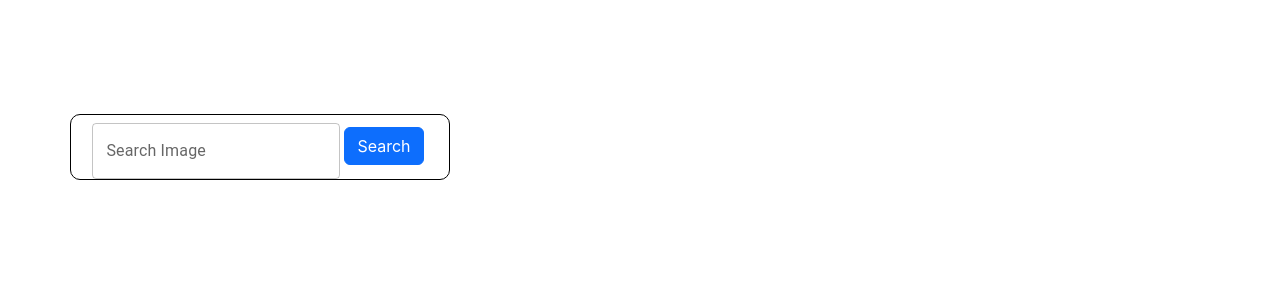
Repository: mohit78911/Snapshot
Page: /
These files come from the project's save history. The page is drawn as it stood at one moment and after a run of saves; the edit follows.
The browser window is 1280 px wide. The pictures show the whole page.
The project was rebuilt for these pictures with package versions that can differ from the ones it lists, and the page was loaded fresh each time. Also part of the build but not shown: src/snapshot/SearchBox.css.

Above is the page before, as saved 2023-09-01 10:48:16.

### public/index.html
<!DOCTYPE html>
<html lang="en">
  <head>
    <meta charset="utf-8" />
    <link rel="icon" href="%PUBLIC_URL%/favicon.ico" />
    <link href="https://cdn.jsdelivr.net/npm/bootstrap@5.3.1/dist/css/bootstrap.min.css" rel="stylesheet" integrity="sha384-4bw+/aepP/YC94hEpVNVgiZdgIC5+VKNBQNGCHeKRQN+PtmoHDEXuppvnDJzQIu9" crossorigin="anonymous">
    <meta name="viewport" content="width=device-width, initial-scale=1" />
    <meta name="theme-color" content="#000000" />
    <meta
      name="description"
      content="Web site created using create-react-app"
    />
    <link rel="apple-touch-icon" href="%PUBLIC_URL%/logo192.png" />

    <link rel="manifest" href="%PUBLIC_URL%/manifest.json" />

    <title>React App</title>
  </head>
  <body style="text-align: center;">
    <noscript>You need to enable JavaScript to run this app.</noscript>
    <div id="root"></div>
    <script src="https://cdn.jsdelivr.net/npm/bootstrap@5.3.1/dist/js/bootstrap.bundle.min.js" integrity="sha384-HwwvtgBNo3bZJJLYd8oVXjrBZt8cqVSpeBNS5n7C8IVInixGAoxmnlMuBnhbgrkm" crossorigin="anonymous"></script>
  </body>
</html>

### src/App.js
import { Box } from "@mui/material";
import React from "react";
import SnapShot from "./snapshot/SnapShot";
console.log("hey i am snapshot Component")
export default function App() {
  return (
    <Box>
      <SnapShot />
    </Box>
  );
}

### src/snapshot/SnapShot.js
import React, { useEffect, useState } from "react";
import axios from "axios";
import "../App.css";

import SnapshotTable from "./SnapshotTable";
import SearchBox from "./SearchBox";

export default function SnapShot() {
  const [image, setImage] = useState("");
  const [data, setData] = useState([]);
  const getData = (e) => {
    e.preventDefault();
    axios
      .get(
        `https://api.unsplash.com/search/collections?page=1&query=${image}&client_id=-DzO7DyFZFBUXuUjR2Tb8dbbi8Qcg40oNw2kVfqoREI`
      )
      .then((result) => {
        setData(result.data.results[0].preview_photos);
        // console.log(result.data.results[0].preview_photos);
      })
      .catch((error) => console.log(error));
  };

  // useEffect(() => {
  //   getData();
  // }, []);

  console.log(data);
  return (
    <div class="container">
    <div class="row">
      <div class="col-4" className="firstColoum">
      <SearchBox setImage={setImage} image={image} getData={getData} />
      </div>
      <div class="col-8">
      <SnapshotTable data={data} />
      </div>
    </div>
    </div>
  );
}

### src/App.css
.App {
  text-align: center;
}

.App-logo {
  height: 40vmin;
  pointer-events: none;
}

@media (prefers-reduced-motion: no-preference) {
  .App-logo {
    animation: App-logo-spin infinite 20s linear;
  }
}

.App-header {
  background-color: #282c34;
  min-height: 100vh;
  display: flex;
  flex-direction: column;
  align-items: center;
  justify-content: center;
  font-size: calc(10px + 2vmin);
  color: white;
}

.App-link {
  color: #61dafb;
}

@keyframes App-logo-spin {
  from {
    transform: rotate(0deg);
  }

  to {
    transform: rotate(360deg);
  }
}

.firstColoum{
  margin-top: 10%;
  border: 1px solid black;
  border-radius: 10px;
  width: 90px;
}

### src/snapshot/SnapshotTable.js
import React from "react";
import "./SnapshotCss.css";

function SnapshotTable({ data }) {
  return (
    <div>
      <div>
        {data.map((value, i) => {
          return (
            <tr key={i} className="imgdisplay">
              <td>
                <div className="card" style={{ width: "18rem" }}>
                  <img className="card-img-top" src={value.urls.regular} />
                </div>
              </td>
            </tr>
          );
        })}
      </div>
    </div>
  );
}

export default SnapshotTable;

### src/snapshot/SearchBox.js
import React from "react";
import { TextField } from "@mui/material";
import "./SearchBox.css"

function SearchBox({ getData, setImage, image }) {
  return (
    <div>
      <div>
        <form onSubmit={getData} className="mt-2">
          <TextField
            value={image}
            onChange={(e) => setImage(e.target.value)}
            label="Search Image"
          />
          <button type="submit" className="btn btn-primary m-1">
            Search
          </button>
        </form>
      </div>
    </div>
  );
}

export default SearchBox;

### src/snapshot/SnapshotCss.css
.imgdisplay {
    display:inline-flex;
    margin-top: 15px;
    /* justify-content: center;
    align-items: center;
    align-content: center; */
}

*{
    flex: 5;
}

Loaded but not shown: src/index.js (common file); src/index.css (common file); src/reportWebVitals.js (common file)

After the next 5 saves:
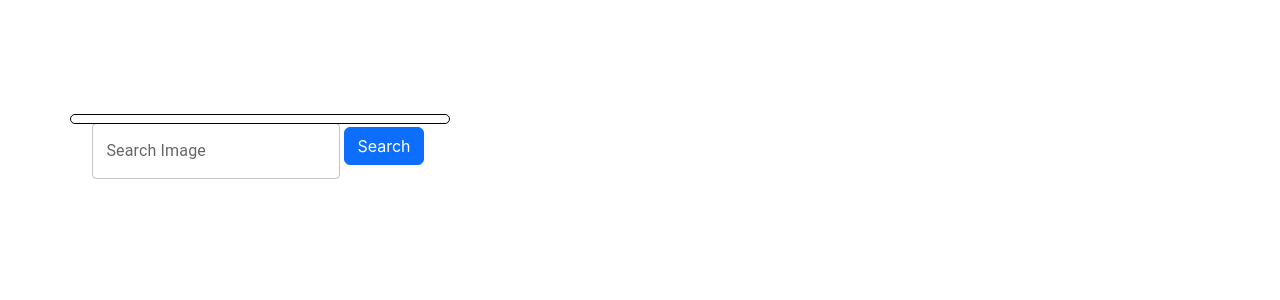
The 5 saves are shown as one change because they came seconds apart.
The last was saved 13 s later.
--- a/src/App.css
+++ b/src/App.css
@@ -42,5 +42,5 @@
   margin-top: 10%;
   border: 1px solid black;
   border-radius: 10px;
-  width: 90px;
+  height: 10px;
 }
